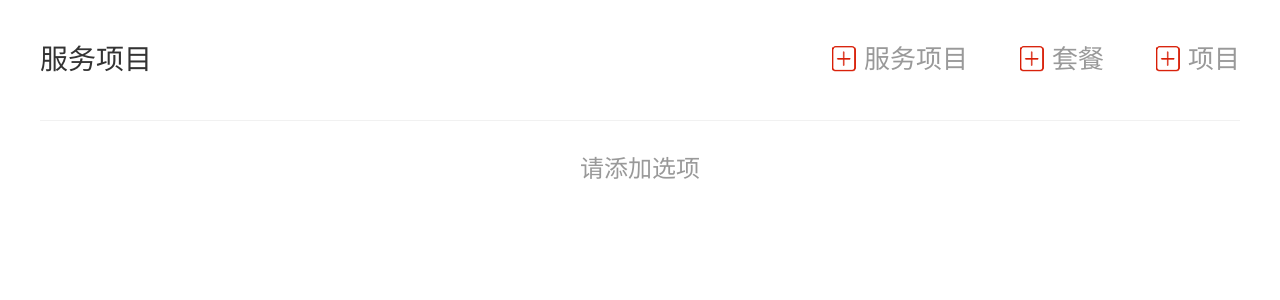
Repository: family-car/car
Page: maintenance.html
An editor plug-in stored every save of this project. The page is shown before and after the next save, followed by the edit.
The browser window is 1280 px wide. The pictures show the whole page.

Above is the page before, as saved 2020-05-12 20:40:35.

### maintenance.html
<!-- HTML5文件 -->
<!DOCTYPE html>
<html>
<head>
	<meta charset="utf-8" />
	<meta name="viewport"
          content="width=device-width, user-scalable=no, initial-scale=1.0, maximum-scale=1.0, minimum-scale=1.0">
	<meta content="telephone=no,email=no" name="format-detection">
	<meta name="wap-font-scale" content="no">
	<title>开单</title>
	<!-- ui框架引入css -->
	<link href="lib/weui/weui.min.css" rel="stylesheet" type="text/css" />
	<link href="lib/weui/jquery-weui.min.css" rel="stylesheet" type="text/css" />
	<!-- 公用样式css -->
	<link href="src/css/base.css" rel="stylesheet" type="text/css" />
	<!-- 界面引入css -->
  <link href="src/css/app/maintenance.css" rel="stylesheet" type="text/css" />
  <!-- jquery引入 -->
  <script type="text/javascript" src="lib/jquery/jquery-2.1.4.min.js"></script>
  <script type="text/javascript" src="lib/common.js"></script>
</head>
<body>

<div class="view bot44">
    <div class="serviceProject">
        <div class="serviceP_form">
           <div class="serviceP_form_item">
                <ul class="cf">
                    <li class="fl">服务项目</li>
                    <li class="fr serviceP_title_right"><img src="src/image/small_add.png"/>项目</li>
                    <li class="fr serviceP_title_right"><img src="src/image/small_add.png"/>套餐</li>
                    <li class="fr serviceP_title_right"><img src="src/image/small_add.png"/>服务项目</li>
                </ul>
                <p>请添加选项</p>
           </div>
        </div>
    </div>
</div>

<!-- jquery引入 -->

</body>
</html>

### src/css/base.css
* {
    touch-action: pan-y;
}
*,
*:after,
*:before {
    -webkit-box-sizing: border-box;
    box-sizing: border-box;
}
[v-cloak] {
  display: none;
}
a,
blockquote,
body,
code,
dd,
div,
dl,
dt,
em,
fieldset,
form,
h1,
h2,
h3,
h4,
h5,
h6,
iframe,
img,
input,
label,
li,
object,
ol,
p,
q,
small,
span,
strong,
table,
tbody,
td,
th,
tr,
ul {
    margin: 0;
    padding: 0;
    border: 0;
}
input{
	outline: none;
}
body,
html {
    width: 100%;
    height:100%;
    overflow-y: auto;
}

body {
    margin: 0 auto;
    line-height: 1;
    font-size: 24px;
    font-family: 'STHeiti', 'Microsoft YaHei', Helvetica, Arial, sans-serif;
    -webkit-text-size-adjust: none;
    -webkit-tap-highlight-color: rgba(0, 0, 0, 0);
}

h1,
h2,
h3,
h4,
h5,
h6 {
    font-size: 24px;
    font-weight: normal;
}

a,
a:active,
a:focus,
a:hover,
a:visited {
    text-decoration: none;
    color: #393939;
}

a,
img {
    -webkit-touch-callout: none;
}

li,
ol,
ul {
    list-style: none;
}

input[type="password"],
input[type="tel"],
input[type="text"],
select,
textarea {
    display: block;
    width: 100%;
    line-height: 1.2;
    font-size:24px;
    resize: none;
    outline: 0;
    vertical-align: middle;
    background-color: #fff;
    background-image: none;
    border: 0;
    white-space: pre-wrap;
    word-wrap: break-word;
    -webkit-appearance: none;
}

p {
    background-color: transparent;
    word-break: break-all;
}

em,
i {
    font-style: normal;
}
@font-face {
    font-family: 'iconfont';
    src: url("../font/icomoon.eot");
    src: url("../font/icomoon.eot?#iefix") format("embedded-opentype"), url("../font/icomoon.ttf") format("truetype"), url("../font/icomoon.svg#iconfont") format("svg");
}

html {
    background: #fff;
}

body {
    background: #fff;
    color: #999;
}

.fl {
    float: left;
}

.fr {
    float: right;
}

.cf:after {
    display: block;
    clear: both;
    content: "";
    visibility: hidden;
    height: 0;
}

.tr {
    text-align: right;
}

.tc {
    text-align: center;
}

.td-underline {
    text-decoration: underline;
}

.tm {
    vertical-align: middle;
}
.boxSizing{
    box-sizing:border-box;
    -moz-box-sizing:border-box; /* Firefox */
    -webkit-box-sizing:border-box;
}

.flex {
    display: -webkit-box !important;
    display: -webkit-flex !important;
    display: -ms-flexbox !important;
    display: flex !important;
    -webkit-flex-wrap: wrap;
    -ms-flex-wrap: wrap;
    flex-wrap: wrap;
}

.flex .cell {
    -webkit-box-flex: 1;
    -webkit-flex: 1;
    -ms-flex: 1;
    flex: 1;
    width: 0;
    -webkit-flex-basis: 0;
    -ms-flex-preferred-size: 0;
    flex-basis: 0;
    max-width: 100%;
    display: block;
    padding: 0 !important;
    position: relative;
}
.flex .cell2{
    -webkit-box-flex: 2;
    -webkit-flex: 2;
    -ms-flex: 2;
    flex: 2;
}


.flex .cell.hide {
    display: none;
}

.flex .flex-130 {
    -webkit-box-flex: 150!important;
    -webkit-flex: 130!important;
    -ms-flex: 130!important;
    flex: 130!important;
}

.flex .flex-200 {
    -webkit-box-flex: 200!important;
    -webkit-flex: 200!important;
    -ms-flex: 200!important;
    flex: 200!important;
}

.flex-center {
    -webkit-box-pack: center;
    -webkit-justify-content: center;
    justify-content: center;
    -webkit-box-align: center;
    -webkit-align-items: center;
    align-content: center;
}
.flex-between {
    -webkit-box-pack: center;
    -webkit-justify-content: space-between;
    justify-content: space-between;
    -webkit-box-align: center;
    -webkit-align-items: center;
    align-content: center;
}

.img-responsive {
    display: inline-block;
    width: 100%;
}

.bg-white {
    background: #fff;
}

.bg-orange {
    background: #fa462d;
}

.bg-blue {
    background: #246EBE;
}
.bg-green{color:#0BA66D;}
.bg-light-green{color:#56dfb3;}
.bg-gray {
    background: #f3f4f6;
}

.bg-light-yellow {
    background: #fbf8ec;
}

.bg-disabled {
    background: #9d9d9d;
}

.color-blue {
    color: #246EBE;
}

.color-muted {
    color: #9d9d9d;
}

.color-orange {
    color: #fa462d;
}

.color-white {
    color: #fff;
}

.color-gray {
    color: #848689;
}
.color-green{color:#0BA66D;}
.color-light-green{color:#56dfb3;}
.color-red{color:#f23030;}
.color-block{color:#393939;}

.relative {
    position: relative;
}

.overflow {
    overflow: hidden;
}

.ellipsis {
    white-space: nowrap;
    overflow: hidden;
    text-overflow: ellipsis;
}

.clamp {
    display: -webkit-box;
    overflow: hidden;
    text-overflow: ellipsis;
    -webkit-line-clamp: 2;
    -webkit-box-orient: vertical;
}

.animate {
    -webkit-animation-play-state: paused;
}

.hide {
    display: none;
}

.footbar-default .coagent span:before,
.iconfont,
.panel-selector .list li .fr:after,
.select:before {
    font-family: "iconfont" !important;
    font-size: .28rem;
    font-style: normal;
    -webkit-font-smoothing: antialiased;
    -webkit-text-stroke-width: 2px;
    -moz-osx-font-smoothing: grayscale;
}
.btn {
    display: inline-block;
    padding: .18rem .2rem;
    vertical-align: middle;
    font-size: .26rem;
    font-weight: normal;
    line-height: 1;
    text-align: center;
    white-space: nowrap;
    background-image: none;
    border: 1px solid transparent;
    border-radius: .06rem;
    cursor: pointer;
    outline: 0;
    -webkit-appearance: none;
    -webkit-user-select: none;
    -moz-user-select: none;
    -ms-user-select: none;
    user-select: none;
}

.btn-default {
    color: #393939;
    background-color: #fff;
    border-color: #ccc;
}

.btn-primary {
    color: #fff;
    background-color: #0ba66d;
    border-color: #0ba66d;
}

.btn-primary-outline {
    color: #0ba66d;
    background-color: #fff;
    border-color: #0ba66d;
}

.btn-default-outline {
    color: #393939;
    background-color: #fff;
    border-color: #d7d7d7;
}

.btn-disabled {
    color: #fff;
    background-color: #9d9d9d;
    border-color: #9d9d9d;
}

.btn-block {
    display: block;
    width: 100%;
    padding-left: 0;
    padding-right: 0;
}

.btn-primary:active {
    color: #fff;
    background-color: #0ba66d;
    border-color: #0ba66d;
}

.btn-disabled:active {
    color: #fff;
    background-color: #9d9d9d;
    border-color: #9d9d9d;
}

.btn-default:active {
    color: #393939;
    background-color: #d7d7d7;
    border-color: #d7d7d7;
}

.btn-search {
    padding: .06rem .1rem;
    margin-left: .05rem;
    line-height: .4rem;
}

.pd8 {
    padding-right: .8rem;
    padding-left: .8rem;
}

.badge-outline {
    background: #fff;
    border: 1px solid #0ba66d;
    color: #0ba66d;
}

.no_info {
    color: #9d9d9d;
    line-height: 2.2rem;
    text-align: center;
}

/*字体*/
.icon-detail:before {
    content: '\e93b';
}
.icon-floder:before {
    content: '\e91b';
}
.icon-home:before {
    content: '\e901';
}
.icon-order:before {
    content: '\e908';
}
.icon-mine:before {
    content: '\e905';
}
.icon-upload::before{
    content: '\e91c';
}
.icon-add::before{
    content: '\e91e';
}
.icon-detele::before{
    content: '\e920';
}
.icon-warn::before{
    content: '\e91a';
}
.icon-arrow::before{
    content:'\e916'
}
.icon-course::before{
    content:'\e908'
}

 #loading{
     position:fixed;
     top:0;left:0;
     width:100%;height:100%;
     background: rgba(0,0,0,.7);
     z-index:999;
}
 #loading .loader-01{
     position:absolute;top:50%;left:50%;
     width:60px;height:60px;
     margin-top:-30px;
     margin-left:-30px;
     color: #fff;
}
.weui-tabbar__item.weui-bar__item--on .weui-tabbar__label{
    color: #F12222;
}
/*button*/
.vehicleEntry_btn{
    color: #F12222;
    width: 412px;
    height: 60px;
    background: #F12222;
    border-radius: 30px;
    color: #fff;
    text-align: center;
    line-height: 60px;
    margin: 0 auto;
    margin-bottom: 40px;
    font-size: 28px;
}
/*footer*/
.footer{
    overflow: hidden;
}
.weui-tabbar .weui-tabbar__item{
    padding-top: 20px;
}
.weui-tabbar .weui-tabbar__icon{
    width: 54px;
    height: 54px;
}
.weui-tabbar .weui-tabbar__label{
    font-size: 20px;
}
.view{
    padding-bottom:130px;
}

### src/css/app/maintenance.css
.serviceProject{
    padding: 0 20px;
}
.serviceP_form{
    background: #fff;
    border-radius: 6px;
    padding: 0 20px;
}
.serviceP_form .serviceP_form_item{

}
.serviceP_form .serviceP_form_item ul{
    border-bottom: 1px solid #F1F1F1;
    padding: 46px 0;
}
.serviceP_form .serviceP_form_item li{
    font-size: 26px;
}
.serviceP_form .serviceP_form_item li img{
    vertical-align: top;
    height: 26px;
    width: 26px;
    margin-right: 8px;
}
.serviceP_form .serviceP_form_item li:first-child{
    font-size: 28px;
    color: #333;
}
.serviceP_form .serviceP_form_item .serviceP_title_right{
    padding-left: 50px;
}
.serviceP_form .serviceP_form_item p{
    padding: 36px 0;
    text-align: center;
}

### lib/common.js

var _phoneWidth = parseInt(window.screen.width);
var _phoneHeight = parseInt(window.screen.height);
var _phoneScale = Math.floor(_phoneWidth/750*100)/100;
var Terminal = {
            platform : function(){
                var u = navigator.userAgent, app = navigator.appVersion;
                return {
                    android: u.indexOf('Android') > -1 || u.indexOf('Linux') > -1,
                    iPhone: u.indexOf('iPhone') > -1 ,
                    iPad: u.indexOf('iPad') > -1
                };
            }(),
            language : (navigator.browserLanguage || navigator.language).toLowerCase()
        }
if((Terminal.platform.iPhone||Terminal.platform.iPad)&&getQueryString("isReverse")=="yes"){
		      	  alert(getQueryString("isReverse"));
		    	  _phoneScale = _phoneHeight/750;
}
var ua = navigator.userAgent;
document.write('<meta name="viewport" content="width=750,target-densitydpi=device-dpi, initial-scale='+_phoneScale+', minimum-scale='+_phoneScale+', maximum-scale='+_phoneScale+', user-scalable=no">');

function getQueryString(name) {//用url来判断横屏
	var reg = new RegExp("(^|&)" + name + "=([^&]*)(&|$)", "i");
	var r = window.location.search.substr(1).match(reg);
	if (r != null) return unescape(r[2]); return null;
}

Loaded but not shown: lib/weui/weui.min.css (library); lib/weui/jquery-weui.min.css (library); lib/jquery/jquery-2.1.4.min.js (library)

After the next save:
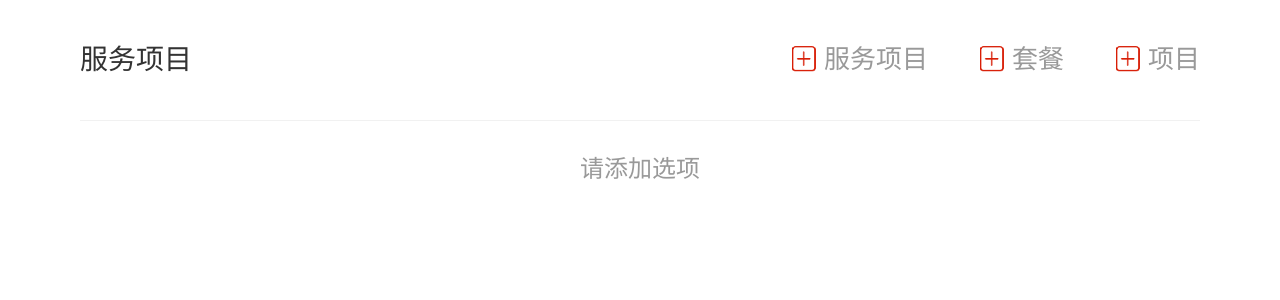
Saved 36 s later.
--- a/src/css/app/maintenance.css
+++ b/src/css/app/maintenance.css
@@ -7,7 +7,7 @@
     padding: 0 20px;
 }
 .serviceP_form .serviceP_form_item{
-
+   padding: 0 40px;
 }
 .serviceP_form .serviceP_form_item ul{
     border-bottom: 1px solid #F1F1F1;
